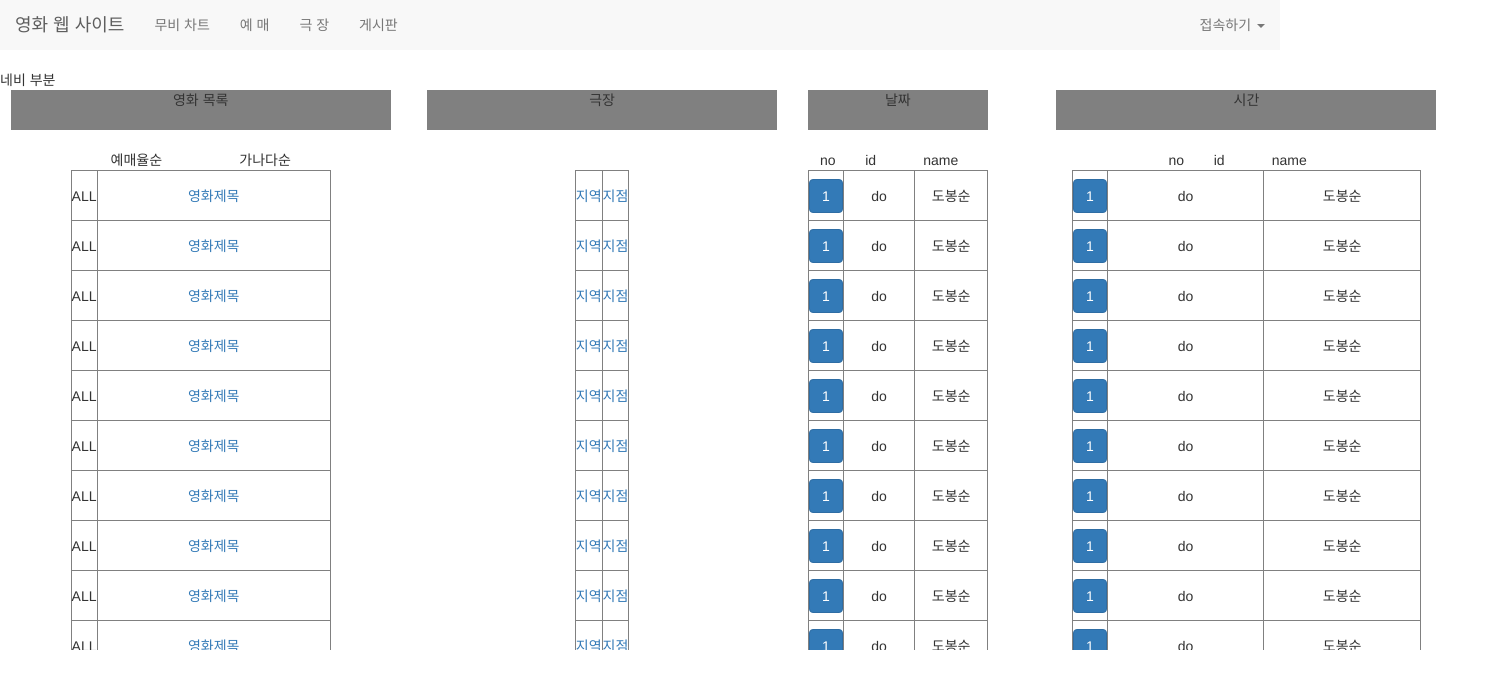
Repository: Gotaemin/java
Page: http://localhost/BBS/movieReserve.jsp
The author's editor kept a copy of each file at every save. The page is drawn from the files as they stood at one save, then again after the next save.
The browser window is 1280 px wide. The page is 1500 px wide, so the pictures cover 1500 px, including what lies to the right of the window. The pictures show the whole page.
Some web libraries are served in a nearby version. The page is served by Tomcat 9. Other server files are loaded and not shown.

Above is the page before, as saved 2020-03-16 13:13:06.

### BBS/BBS/WebContent/movieReserve.jsp
<%@ page language="java" contentType="text/html; charset=UTF-8"
	pageEncoding="UTF-8"%>

<%@ page import="java.io.PrintWriter"%>
<%@ taglib prefix="c" uri="http://java.sun.com/jsp/jstl/core"%>

<!DOCTYPE html>
<html>
<head>
<meta charset="UTF-8">

<meta name="viewport" content="width=device-width" ,initial-scale="1">
<link rel="stylesheet" href="css/bootstrap.css">

<style type="text/css">


#a th, #a td {
	border: 1px solid gray;
	height:50px;
}
tr{
	text-align: center;
}

#movie_movieList {
	max-height: 500px;
	overflow-y: scroll;
	width: 380px;
}

#movie_Threater {
	max-height: 500px;
	overflow-y: scroll;
	width: 380px;
}

#movie_Date {
	max-height: 500px;
	overflow-y: scroll;
	width: 180px;
}

#movie_Time {
	max-height: 500px;
	overflow-y: scroll;
	width: 480px;
}

</style>
<title>Insert title here</title>
</head>
<body>
	<%
		String userID = null;
		if (session.getAttribute("userID") != null) {
			userID = (String) session.getAttribute("userID");
		}
	%>

	<script src="https://code.jquery.com/jquery-3.1.1.min.js"></script>
	<script src="js/bootstrap.js"></script>


	<nav class="navbr navbar-default" style="margin-bottom: 20px;">

		<div class="navbar-header">
			<button type="button" class="navbar-toggle collapsed"
				data-toggle="collapse" data-target="#bs-example-navbar-collapse-1"
				aria-expanded="false">
				<span class="icon-bar"></span> <span class="icon-bar"></span> <span
					class="icon-bar"></span>
			</button>
			<a class="navbar-brand" href="MovieMain.jsp">영화 웹 사이트</a>
		</div>


		<div class="collapse navbar-collapse"
			id="#bs-example-navbar-collapse-1">
			<ul class="nav navbar-nav">
				<li><a href="movieList.movie">무비 차트</a></li>
				<li><a href="#">예 매</a></li>
				<li><a href="#">극 장</a></li>
				<li><a href="bbs.jsp">게시판</a></li>
			</ul>

			<%
				if (userID == null) {
			%>
			<ul class="nav navbar-nav navbar-right">
				<li class="dropdown"><a href="#" class="dropdown-toggle"
					data-toggle="dropdown" role="button" aria-haspopup="true"
					aria-expanded="false">접속하기 <span class="caret"></span>
				</a>

					<ul class="dropdown-menu">
						<li><a href="login.jsp">로그인</a></li>
						<li><a href="join.jsp">회원가입</a></li>
					</ul></li>
			</ul>
			<%
				} else {
			%>
			<ul class="nav navbar-nav navbar-right">
				<li class="dropdown"><a href="#" class="dropdown-toggle"
					data-toggle="dropdown" role="button" aria-haspopup="true"
					aria-expanded="false">회원관리 <span class="caret"></span>
				</a>

					<ul class="dropdown-menu">
						<li><a href="logout.jsp">로그아웃</a></li>

					</ul></li>
			</ul>
			<%
				}
			%>

		</div>
	</nav>

	<div id="container">

		<div class="navi">네비 부분</div>

<!-- 		style="width:380px" -->
		<div class="test_body" style="display: table;  word-break: break-all; width: 1500px; height: 500px; background: skyblue">
			<div style="display: table-row;">

				<!-- 영화제목 리스트 출력 -->
				<div align=center style="display: table-cell; background: white;">
					<div class="test_content" style="padding:auto; width: 380px; height: 40px; background: gray; margin-bottom: 20px;">영화 목록</div>
					<div id="movie_movieList">
						<table>
							<colgroup>
								<col width="20%">
								<col width="20%">

							</colgroup>
							<thead>
								<tr>
									<td>예매율순</td>
									<td>가나다순</td>
								</tr>
							</thead>
						</table>
						<div>
							<table>
								<colgroup>
									<col width="10%">
									<col width="90%">
								</colgroup>
								<tbody id="a">
									<%
										for (int i = 0; i < 20; i++) {
									%>
									<tr style="height: 40px;">
										<td>ALL</td>
										<td><a href ="#">영화제목</a></td>
									</tr>

									<%
										}
									%>
								</tbody>
							</table>
						</div>
					</div>
				</div>

				<!-- 극장 리스트 출력 -->

				<div align=center style="display: table-cell; background: white;">
					<div class="test_content" style="width: 350px; height: 40px; background: gray; margin-bottom: 20px;">극장</div>
					<div id="movie_Threater">

						<br>
						<div>
							<table>
								<colgroup>
									<col width="50%">
									<col width="50%">
								</colgroup>
								<tbody id="a">
									<%
										for (int i = 0; i < 10; i++) {
									%>
									<tr style="text-align: center;">
										<td><a href="#">지역</a></td>
										<td><a href="#">지점</a></td>
									</tr>

									<%
										}
									%>
								</tbody>
							</table>
						</div>
					</div>

				</div>




				<!-- 영화 상영 날짜 출력 -->
				<div align=center style="display: table-cell; background: white;">
					<div class="test_content" style="width: 180px; height: 40px; background: gray; margin-bottom: 20px;"">날짜</div>
					<div id="movie_Date">
						<table>
							<colgroup>
								<col width="10%">
								<col width="45%">
								<col width="45%">
							</colgroup>
							<thead>
								<tr>
									<td>no</td>
									<td>id</td>
									<td>name</td>
								</tr>
							</thead>
						</table>
						<div>
							<table>
								<colgroup>
									<col width="10%">
									<col width="45%">
									<col width="45%">
								</colgroup>
								<tbody id="a">
									<%
										for (int i = 0; i < 10; i++) {
									%>
									<tr style="text-align: center;">
										<td><input class="btn btn-primary" type="button" value="1"></td>
										<td>do</td>
										<td>도봉순</td>
									</tr>

									<%
										}
									%>
								</tbody>
							</table>
						</div>
					</div>

				</div>

				<!-- 영화 상영 가능 시간 출력 -->
				<div align=center style="display: table-cell; background: white;">
					<div class="test_content" style="width: 380px; height: 40px; background: gray; margin-bottom: 20px;"">시간</div>
					<div id="movie_Time">
						<table>
							<colgroup>
								<col width="10%">
								<col width="45%">
								<col width="45%">
							</colgroup>
							<thead>
								<tr>
									<td>no</td>
									<td>id</td>
									<td>name</td>
								</tr>
							</thead>
						</table>
						<div>
							<table>
								<colgroup>
									<col width="10%">
									<col width="45%">
									<col width="45%">
								</colgroup>
								<tbody id="a">
									<%
										for (int i = 0; i < 10; i++) {
									%>
									<tr style="text-align: center;">
										<td><input class="btn btn-primary" type="button" value="1"></td>
										<td>do</td>
										<td>도봉순</td>
									</tr>

									<%
										}
									%>
								</tbody>
							</table>
						</div>
					</div>
				</div>
			</div>

<!-- 			body -->
		</div>







	</div>



</body>
</html>

Loaded but not shown: BBS/BBS/WebContent/css/bootstrap.css (library); BBS/BBS/WebContent/js/bootstrap.js (library)

After the next save:
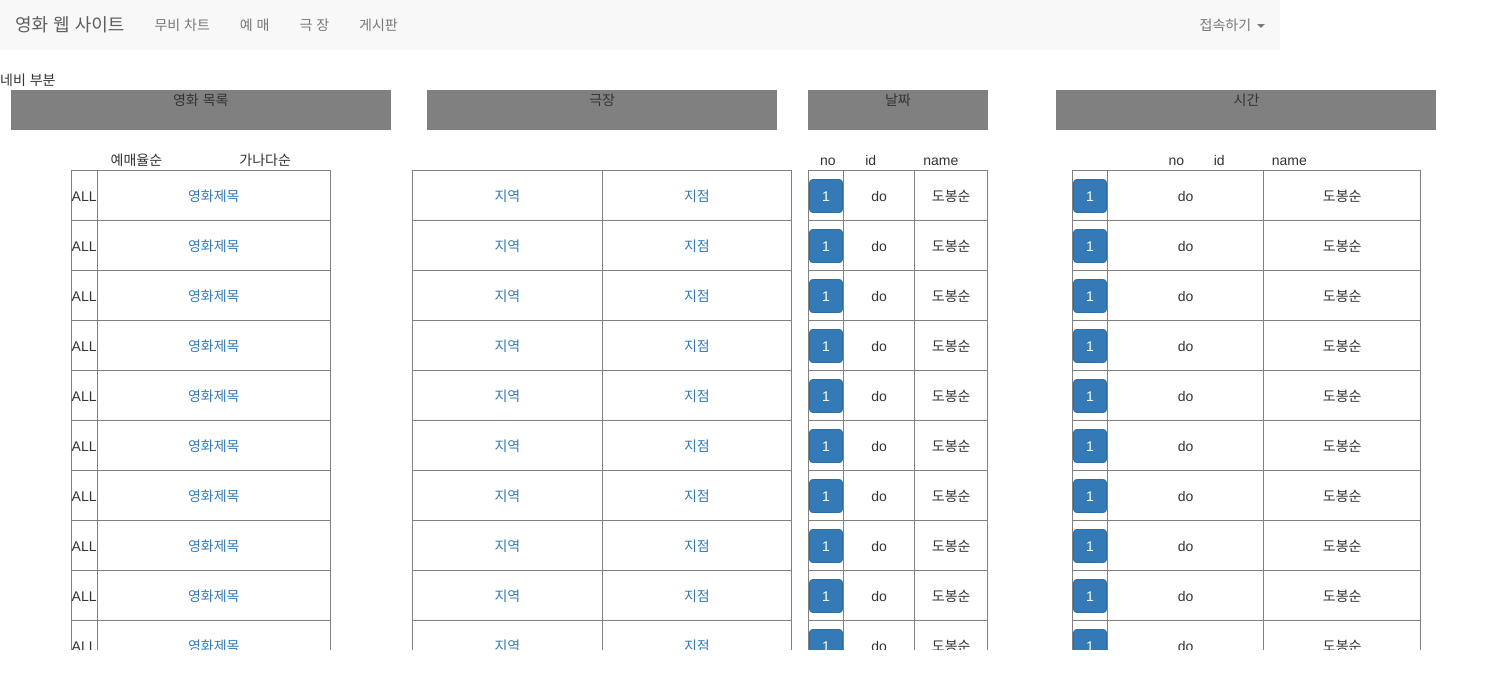
Saved 49 s later.
--- a/BBS/BBS/WebContent/movieReserve.jsp
+++ b/BBS/BBS/WebContent/movieReserve.jsp
@@ -177,7 +177,7 @@
 						<br>
 						<div>
 							<table>
-								<colgroup>
+								<colgroup style="width: 350px;">
 									<col width="50%">
 									<col width="50%">
 								</colgroup>

After the save that followed:
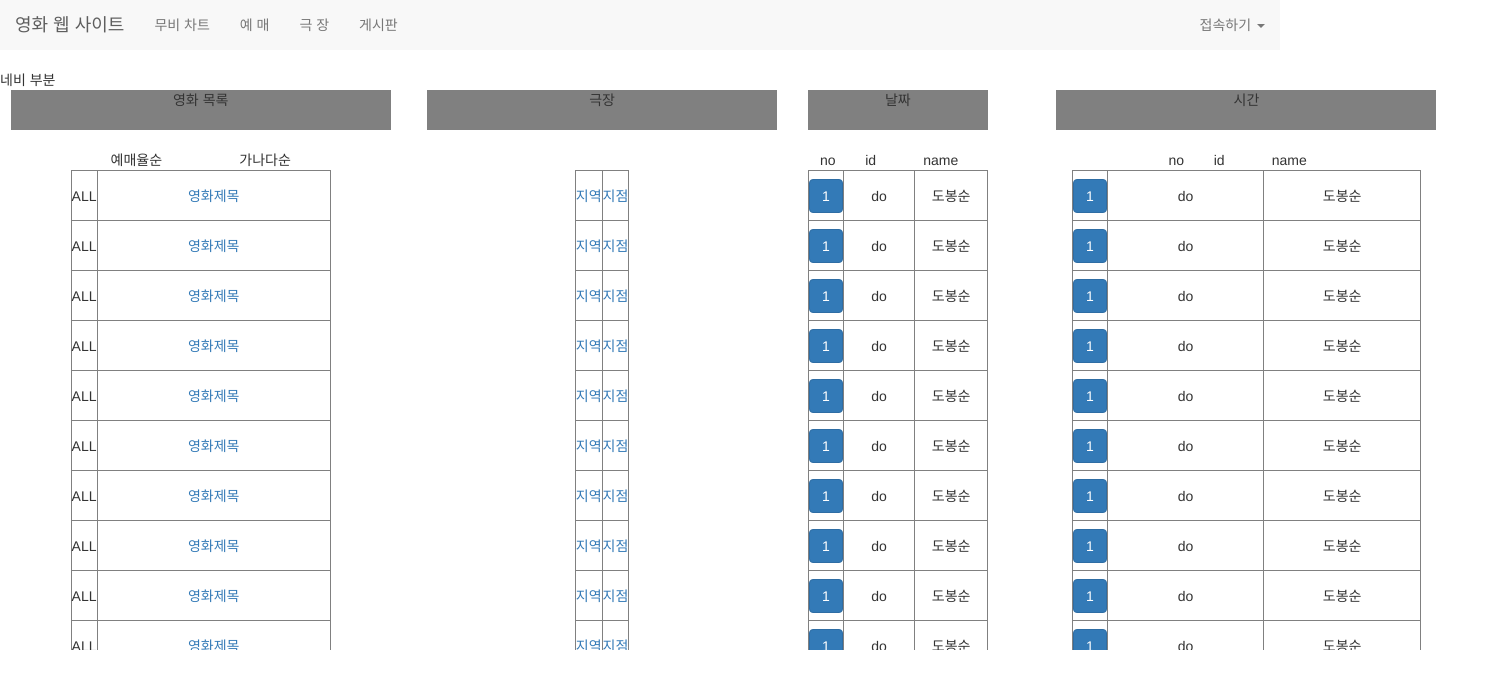
Saved 26 s later.
--- a/BBS/BBS/WebContent/movieReserve.jsp
+++ b/BBS/BBS/WebContent/movieReserve.jsp
@@ -177,7 +177,7 @@
 						<br>
 						<div>
 							<table>
-								<colgroup style="width: 350px;">
+								<colgroup>
 									<col width="50%">
 									<col width="50%">
 								</colgroup>
